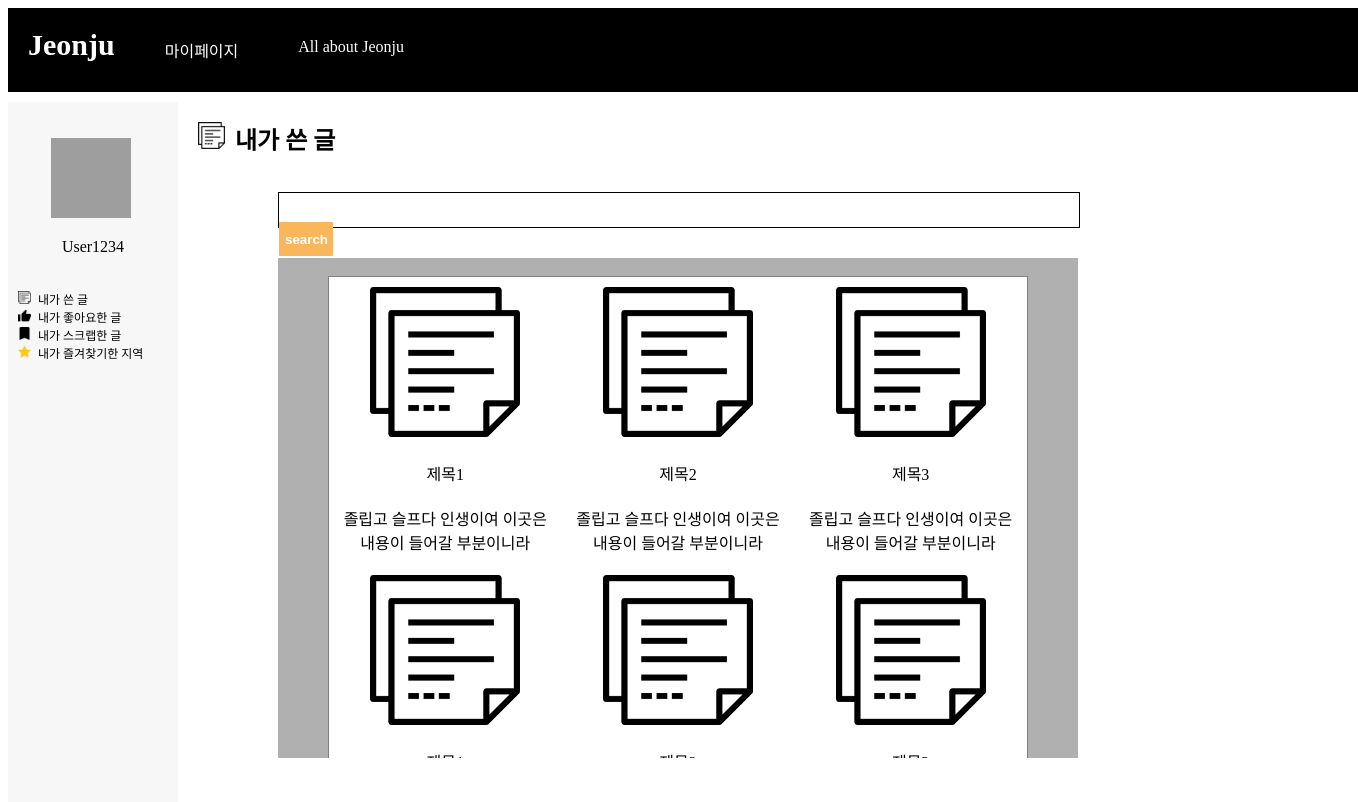
Repository: wka99/WEB-PROJECT
Page: http://localhost/Jeonju/UserPage.html
These files come from the project's save history. The page is drawn as it stood at one moment and after the next save; the edit follows.
The browser window is 1280 px wide. The page is 1358 px wide, so the pictures cover 1358 px, including what lies to the right of the window. The pictures show the whole page.
The pointer rests on the first visible `.search`.
Pictures or frames that could not be fetched are drawn as grey boxes. An inner scrolling area shows only its first screen. The page is served by Tomcat 9.

Above is the page before, as saved 2018-11-29 07:37:55.

After the next save:
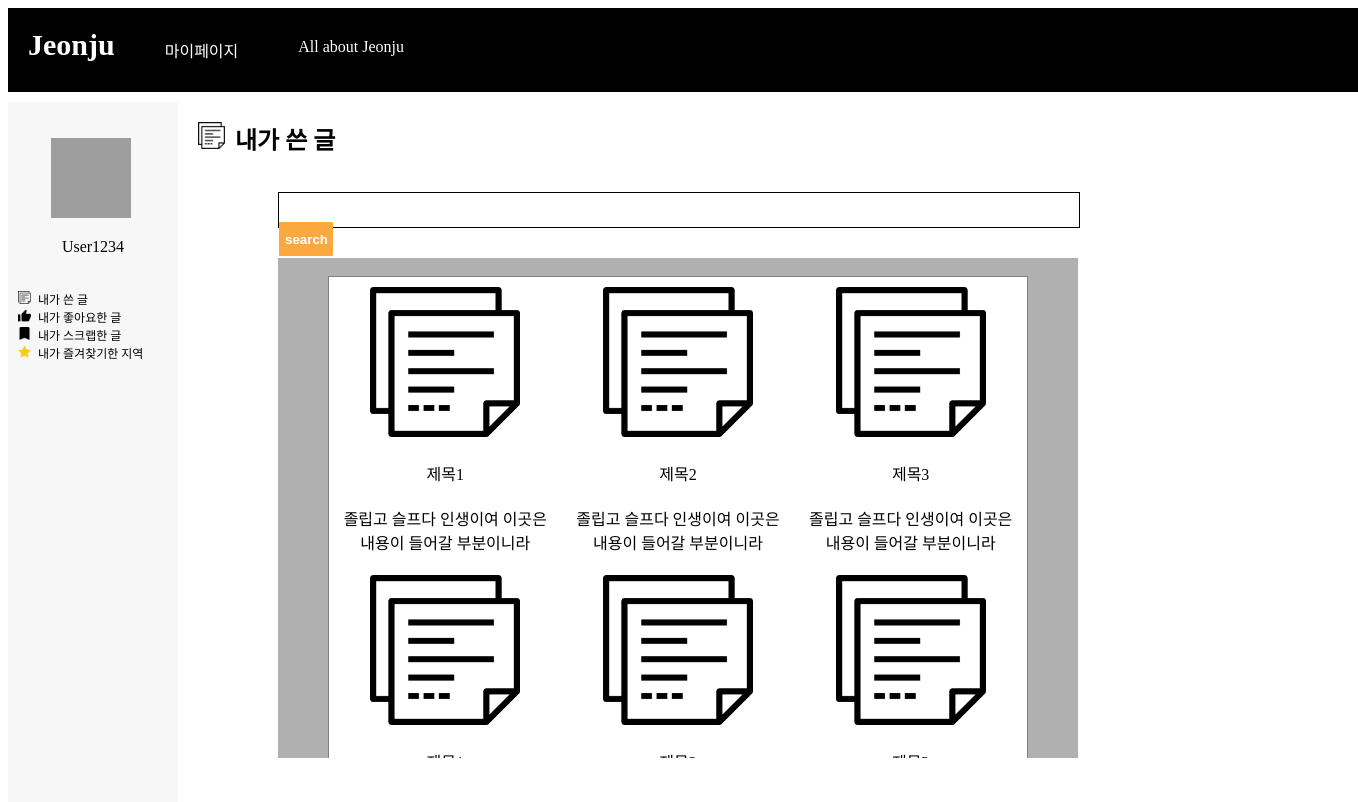
Saved 24 s later.
--- a/Jeonju/WebContent/NewFile.css
+++ b/Jeonju/WebContent/NewFile.css
@@ -103,7 +103,7 @@
 		cursor: pointer;
 	}
 	.search:hover {
-		background: #fab65b;
+		background: #faa93e;
 	}
 
     nav{
